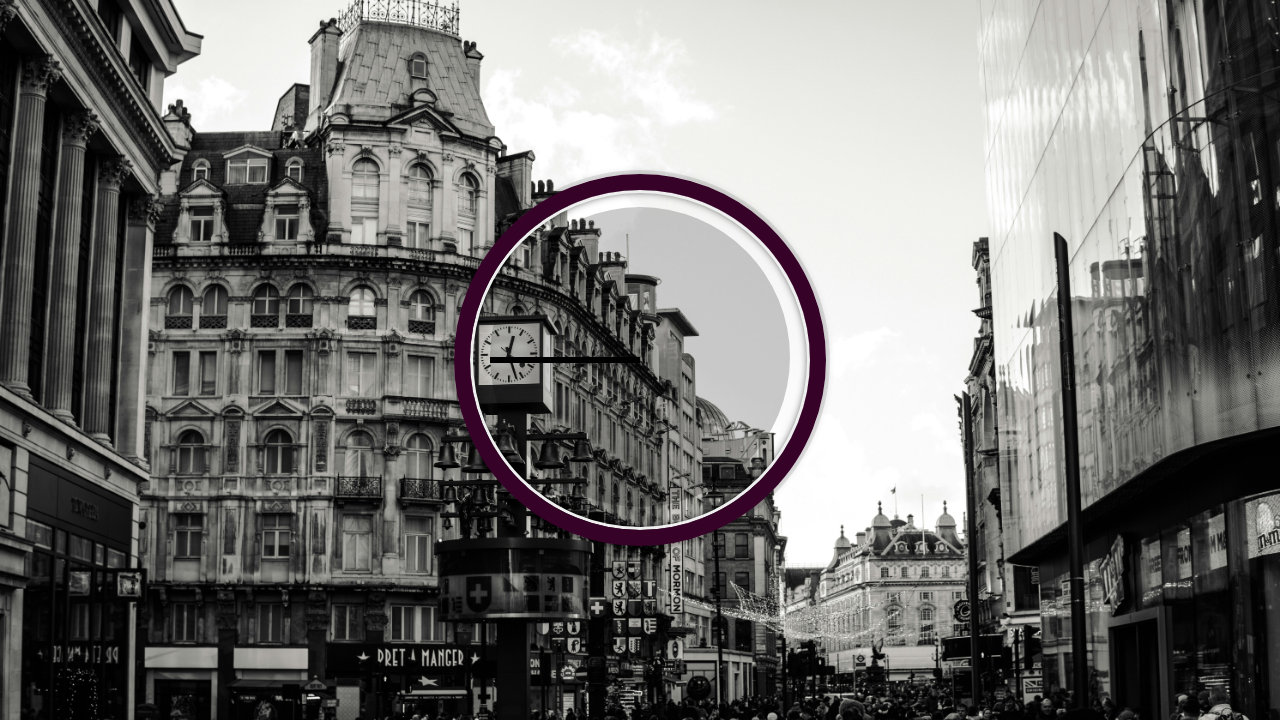
Repository: Freezler/javascript-css-clock
Page: index.html
The author's editor kept a copy of each file at every save. The page is drawn from the files as they stood at one save, then again after the next save.
The browser window is 1280 px wide. The pictures show the whole page.

Above is the page before, as saved 2024-08-24 15:49:21.

### index.html
<!DOCTYPE html>
<html lang="en">

<head>
    <meta charset="UTF-8">
    <title>JS + CSS Clock</title>
    <link rel="icon" href="https://fav.farm/🔥" />
    <link rel="stylesheet" href="style.css">
</head>

<body>
    <div class="clock">
        <div class="clock-face">
            <div class="hand hour-hand"></div>
            <div class="hand min-hand"></div>
            <div class="hand second-hand"></div>
        </div>
    </div>
    <script src="/main.js"></script>
</body>

</html>

### style.css
html {
    background: url(../javascriptCss-clock/igor.jpg) no-repeat center center fixed;
    background-repeat: no-repeat;
    background-attachment: fixed;
    background-position: center center;
    background-size: cover;
    font-family: 'system-ui', sans-serif;
    text-align: center;
    font-size: 10px;
}

body {
    margin: 0;
    font-size: 2rem;
    display: flex;
    flex: 1;
    min-height: 100vh;
    align-items: center;
}

.clock {
    width: 30rem;
    height: 30rem;
    border: 16px solid rgb(54, 2, 40);
    border-radius: 50%;
    margin: 50px auto;
    position: relative;
    padding: 2rem;
    box-shadow:
        0 0 0 4px rgba(0, 0, 0, 0.1),
        inset 0 0 0 3px #EFEFEF,
        inset 0 0 10px black,
        0 0 10px rgba(0, 0, 0, 0.2);
}

.clock-face {
    position: relative;
    width: 100%;
    height: 100%;
    transform: translateY(-3px);
    /* account for the height of the clock hands */
    background: rgba(0, 0, 0, 0.2);

    border-radius: 50%;

}

.hand {
    width: 50%;
    height: 6px;
    background: black;
    position: absolute;
    top: 50%;
}

Loaded but not shown: main.js (no stored copy; drawn as an empty file)

After the next save:
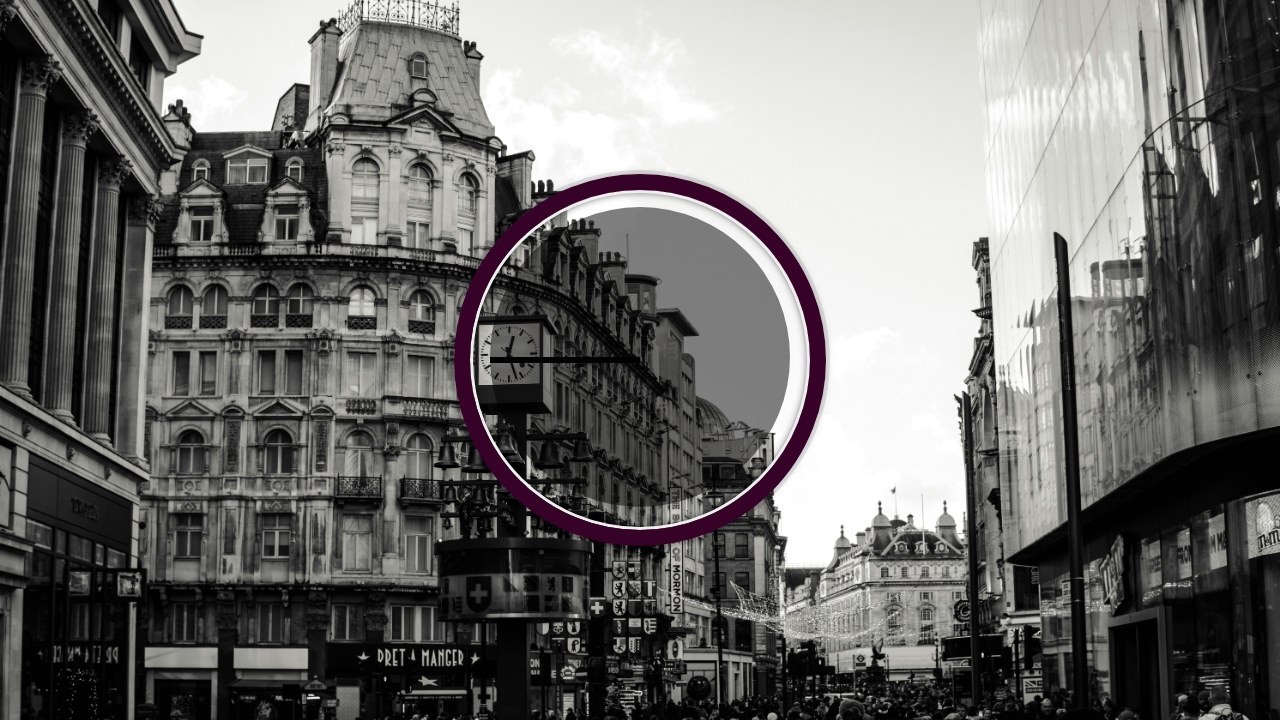
Saved 9 s later.
--- a/style.css
+++ b/style.css
@@ -39,7 +39,7 @@ body {
     height: 100%;
     transform: translateY(-3px);
     /* account for the height of the clock hands */
-    background: rgba(0, 0, 0, 0.2);
+    background: rgba(0, 0, 0, 0.5);
 
     border-radius: 50%;
 
